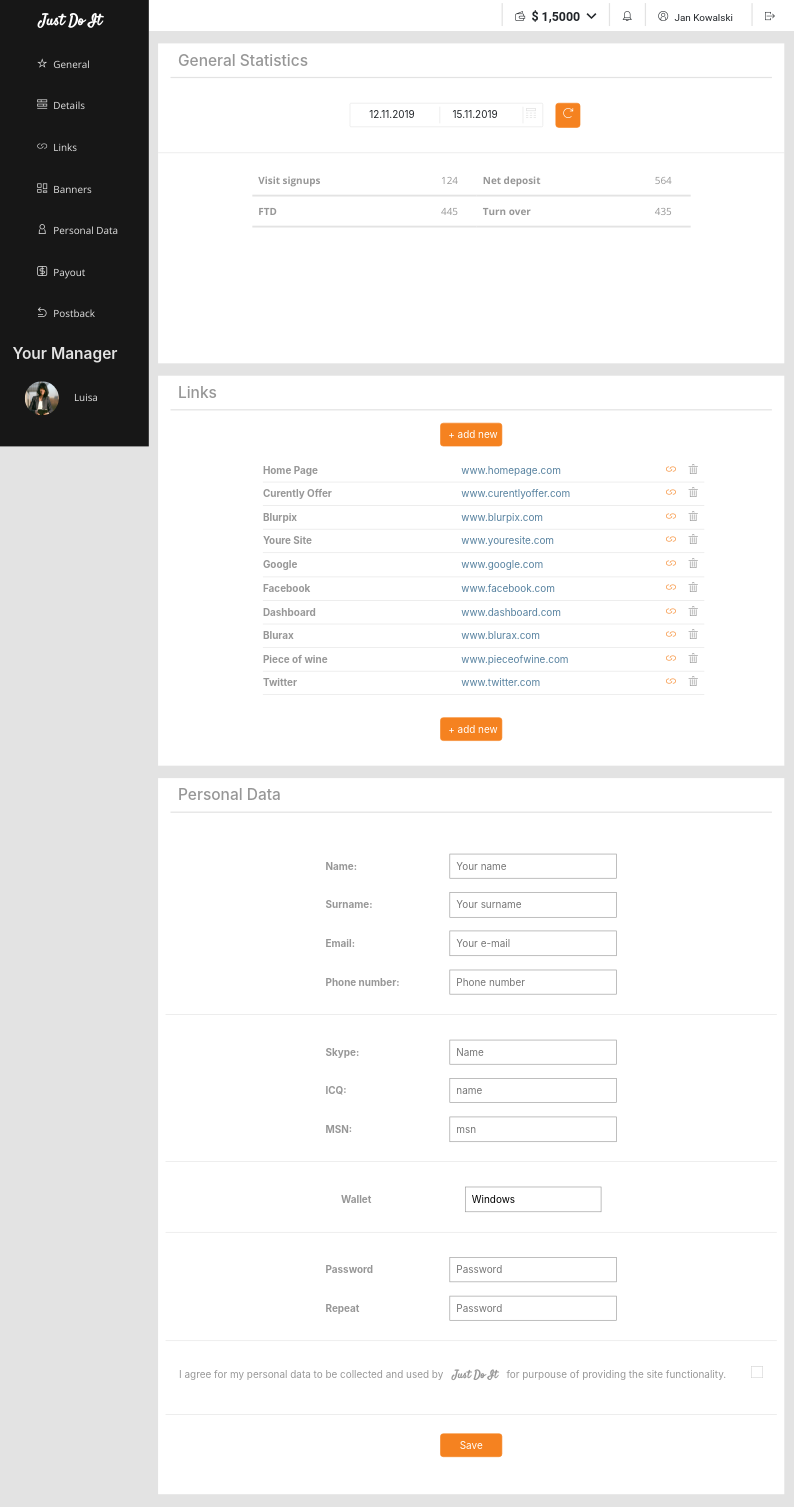
Repository: OllaWilk/wwwJustDoIt
Page: index.html
An editor plug-in stored every save of this project. The page is shown before and after the next save, followed by the edit.
The browser window is 1280 px wide. The pictures show the whole page, at 62% of full size.
Some web libraries are served in a nearby version. The style sheet was rebuilt from its Sass, Less or Tailwind sources for each picture, by a compiler version that may differ from the author's.

Above is the page before, as saved 2019-12-29 23:56:07.
Console error: SyntaxError: Identifier 'activePages' has already been declared

### index.html

<!DOCTYPE html>
<html lang=”en”>
    <head>
        <meta charset=”utf-8”>
        <meta name="viewport" content="width=device-width, initial-scale=1.0">
        <meta http-equiv="X-UA-Compatible" content="ie=edge">
        <meta name="description" content="Projekt indywidualny z kursu Kodilla">
        <meta name="keywords" content="kodilla, indiwidual, project">
        <title>Just Do It - soloProject</title>
            <link href="https://use.fontawesome.com/releases/v5.7.2/css/all.css" rel="stylesheet">
            <link href="https://fonts.googleapis.com/css?family=Open+Sans:400,400i,700|Satisfy&display=swap&subset=latin-ext" rel="stylesheet">
            <link rel="stylesheet" href="https://stackpath.bootstrapcdn.com/bootstrap/4.1.3/css/bootstrap.min.css" integrity="sha384-MCw98/SFnGE8fJT3GXwEOngsV7Zt27NXFoaoApmYm81iuXoPkFOJwJ8ERdknLPMO" crossorigin="anonymous">
            <link rel="stylesheet" href="css/style.css">
            <link rel="stylesheet" href="vendor/css/Glyphter.css">
        </head>

    <body><script id="__bs_script__">//<![CDATA[
    document.write("<script async src='/browser-sync/browser-sync-client.js?v=2.26.7'><\/script>".replace("HOST", location.hostname));
//]]></script>

        <nav class = "navigation">
            <div class  ="navigationTop">
                <h1 class = "logo">Just Do It</h1>
                <i id="hamburger" class="fas fa-bars"></i>
            </div>
            <div = class="navigationWraperMobile">
                <ul class="list titles">
                    <li><i id="general" class="icon-general"></i><a class="menuButon" href="#page-1">General</a></li>
                    <li><i id="details" class="icon-details"></i><a class="menuButon" href="index.html">Details </a></li>
                    <li><i id="links" class="icon-links"></i><a class="menuButon" href="#page-3">Links</a></li>
                    <li><i id="banners" class="icon-banners"></i><a class="menuButon" href="index.html">Banners</a></li>
                    <li><i id="personalData" class="icon-personaldata"></i><a class="menuButon" href="#page-5">Personal Data</a></li>
                    <li><i id="payout" class="icon-payout"></i><a class="menuButon" href="index.html">Payout</a></li>
                    <li><i id="postback" class="icon-postback"></i><a class="menuButon" href="index.html">Postback</a></li>
                </ul>
                <div class = "menagoImg">
                    <h2>Your Manager</h2>
                    <a class="menuButon" href = "index.html">
                        <img src="images/business-woman-746766_1920.jpg">
                    </img>Luisa</a>
                </div>
            </div>
        </nav>

        <header class= "topMenu">
            <div class = "topMenuWrapper">
                <div class= "iconsTopMenu">
                    <i id="wallet" class="icon-wallet"></i>
                    <h3>$ 1,5000</h3>
                    <i id="arrowDown" class="icon-arrow-down-small"></i>
                </div>
                <div class= "iconsTopMenu">
                    <i id="notification" class="icon-notification"></i>
                </div>
                <div class= "iconsTopMenu">
                    <i id="profile" class="icon-profile"></i>
                    <p>Jan Kowalski</p>
                </div>
                <div class= "iconsTopMenu">
                    <i id="start" class="icon-quit"></i>
                </div>
            </div>
        </header>

        <section class = "container">
            <div id = "page-1" class="page active generalStatistics">
                <h2  class="title">General Statistics</h2>
                <div class="dates">
                    <div class="datesConteiner">
                        <div class="dateStart">12.11.2019</div>
                        <div class="dateEnd">15.11.2019 </div>
                        <i id="calendar" class="icon-calendar"></i>
                    </div>
                    <a href="index.html" id="refresh" class="btnRefrsh btn icon-refresh"></a>
                </div>
                <div class="statistic">
                    <div class="legendWrap">
                        <table>
                            <tr>
                              <td class="visitSignups">
                                <h3>Visit signups</h3>
                                <p>124</p>
                              </td>
                              <td class="netDeposit">
                                <h3>Net deposit</h3>
                                <p>564</p>
                              </td>
                            </tr>
                            <tr>
                              <td class="FTD">
                                <h3>FTD</h3>
                                <p>445</p>
                              </td>
                              <td class="turnOver">
                                <h3>Turn over</h3>
                                <p>435</p>
                              </td>
                            </tr>
                        </table>
                    </div>
                    <canvas class="canvas" id="myChart"></canvas>
                </div>
            </div>

            <div id = "page-3" class="page active links">
                <h2  class="title">Links</h2>
                <div class="btnWraper">
                    <a href="index.html" id="refresh" class="btn btnAddNew">+ add new</a>
                </div>
                <div class = "linkWraper">
                    <ul>
                        <li>
                            <p>Home Page</p>
                            <a href="index.html">www.homepage.com</a>
                            <i id="start" class="colorLinks icon-links"></i>
                            <i id="start" class="icon-trash"></i>
                        </li>
                        <li>
                            <p>Curently Offer</p>
                            <a href="index.html">www.curentlyoffer.com</a>
                            <i id="start" class="colorLinks icon-links"></i>
                            <i id="start" class="icon-trash"></i>
                        </li>
                        <li>
                            <p>Blurpix</p>
                            <a href="index.html">www.blurpix.com</a>
                            <i id="start" class="colorLinks icon-links"></i>
                            <i id="start" class="icon-trash"></i>
                        </li>
                        <li>
                            <p>Youre Site</p>
                            <a href="index.html">www.youresite.com</a>
                            <i id="start" class="colorLinks icon-links"></i>
                            <i id="start" class="icon-trash"></i>
                        </li>
                        <li>
                            <p>Google</p>
                            <a href="www.google.com">www.google.com</a>
                            <i id="start" class="colorLinks icon-links"></i>
                            <i id="start" class="icon-trash"></i>
                        </li>
                        <li>
                            <p>Facebook</p>
                            <a href="www.facebook.com">www.facebook.com</a>
                            <i id="start" class="colorLinks icon-links"></i>
                            <i id="start" class="icon-trash"></i>
                        </li>
                        <li>
                            <p>Dashboard</p>
                            <a href="index.html">www.dashboard.com</a>
                            <i id="start" class="colorLinks icon-links"></i>
                            <i id="start" class="icon-trash"></i>
                        </li>
                        <li>
                            <p>Blurax</p>
                            <a href="index.html">www.blurax.com</a>
                            <i id="start" class="colorLinks icon-links"></i>
                            <i id="start" class="icon-trash"></i>
                        </li>
                        <li>
                            <p>Piece of wine</p>
                            <a href="index.html">www.pieceofwine.com</a>
                            <i id="start" class="colorLinks icon-links"></i>
                            <i id="start" class="icon-trash"></i>
                        </li>
                        <li>
                            <p>Twitter</p>
                            <a href="www.twitter.com">www.twitter.com</a>
                            <i id="start" class="colorLinks icon-links"></i>
                            <i id="start" class="icon-trash"></i>
                        </li>
                    </ul>

                </div>
                <div class="btnWraper">
                    <a href="index.html" id="refresh" class="btn btnAddNew">+ add new</a>
                </div>
            </div>

            <div id = "page-5" class="page active personalDataTable">
                <h2  class="title">Personal Data</h2>
                <div class = "userData">
                    <form novalidate method="post" enctype="multipart/form-data" action="js/db.js" autocomplete="on">
                        <fieldset>
                            <div label = "userBasicData" class="field-wrap">
                                <div class="styledField">
                                    <label>Name:
                                        <span class="error"></span>
                                    </label>
                                    <input type="text" name="name" placeholder="Your name" minlength="2" title="Name" required = "">
                                </div>
                                <div class="styledField">
                                    <label>Surname:
                                        <span class="error"></span>
                                    </label>
                                    <input type="text" name="surname" placeholder="Your surname" minlength="2" maxlength="64" title="Surname" required = "">
                                </div>
                                <div class="styledField">
                                    <label>Email:
                                        <span class="error"></span>
                                    </label>
                                    <input type="email" name="email" placeholder="Your e-mail" minlength="2" maxlength="64" autocomplete="off" title="Email" required = "">
                                </div>
                                <div class="styledField">
                                    <label>Phone number:
                                            <span class="error"></span>
                                    </label>
                                    <input type="text" name="phoneNumber" placeholder="Phone number" minlength="6" maxlength="40" title="phone number" required = "">
                                </div>
                            </div>
                            <div label = "userBasicData" class="field-wrap">
                                <div class="styledField">
                                    <label>Skype:</label>
                                    <input type="text" name="Skype" placeholder="Name" minlength="2" maxlength="32" title="Name" required = "">
                                </div>
                                <div class="styledField">
                                    <label>ICQ:</label>
                                    <input type="text" name="ICQ" placeholder="name" minlength="2" maxlength="40" title="Name" required = "">
                                </div>
                                <div class="styledField">
                                    <label>MSN:</label>
                                    <input type="text" name="MSN" placeholder="msn" title="MSN" required = "">
                                </div>
                            </div>

                            <div class="field-wrap">
                                <div class="styledField">
                                    <label>Wallet</label>
                                    <select name="Wallet" id="wallet">
                                        <option value="Windows">Windows</option>
                                        <option value="Linux">Linux</option>
                                        <option value="Apple">Apple</option>
                                    </select>
                                </div>
                            </div>

                            <div class="field-wrap">
                                <div class="styledField">
                                    <label>Password
                                        <span class="error"></span>
                                    </label>
                                    <input type="password" name="password" placeholder="Password" minlength="6" maxlength="40" autocomplete="off" title="Password" required="">
                                </div>
                                <div class="styledField">
                                    <label>Repeat
                                        <span class="error"></span>
                                    </label>
                                    <input  type="password" name="repeatPassword" placeholder="Password" minlength="6" maxlength="40" autocomplete="off"  title="Password" required="">
                                </div>
                            </div>
                            <div class="field-wrap">
                                <label class="styledField agreement">
                                    <p class="icon">I agree for my personal data to be collected and used by
                                    <span class = "logo agreementLogo">Just Do It</span> for purpouse of providing the site functionality.</p>
                                    <input id = "checkbox" type="checkbox" name="checkbox" class="checkbox" title="agreement" required="">
                                    </p>
                                </label>
                            </div>
                            <div class="btnWrap">
                                <input type="submit" class = "btn btnSave" value="Save">
                            </div>
                        </fieldset>
                    </form>
                </div>
            </div>
        </section>

        <!--<section class = "modale">
                <div class="overlay" id="overlay">


                    <div class="overlay" id="overlay">
                        <div class="modal" id="myModal">
                            <div class="btn-close js--close-modal">x</div>
                            <div class = "generalStatistics">
                                <h2  class="title">General Statistics</h2>
                                <div class="dates">
                                    <div class="datesConteiner">
                                        <div class="dateStart">12.11.2019</div>
                                        <div class="dateEnd">15.11.2019 </div>
                                        <i id="calendar" class="icon-calendar"></i>
                                    </div>
                                    <a href="index.html" id="refresh" class="btnRefrsh btn icon-refresh"></a>
                                </div>
                            <button class="js--close-modal">Okay</button>
                        </div>
                    </div>


                </div>
        </section>-->


        <script src="https://cdnjs.cloudflare.com/ajax/libs/Chart.js/2.4.0/Chart.min.js"></script>
        <script src="js/script.js"></script>
    </body>
</html>

### sass/style.scss
/*importy styli*/
@import "variables";
@import "mixins";

@import "normalize";
@import "layout";

@import "sections/leftNavigtation";
@import "sections/topUserMenu";
//@import "sections/modals";

@import "pages/mainPage";
@import "pages/links";
@import "pages/personalDataForm";
@import "components/mediaQuery";

### sass/_variables.scss
/*stałe graficzne*/
/*colors*/
$color-dark: #171717;
$color-light: #ffffff;
$color-buttonGreyDark: #979797;
$color-buttonGreyLight: #bbbbbb;
$color-buttonDisable: #e4e4e4;
$color-background: #E3E3E3;
$color-buttonOrangeDark: #F58220;
$color-buttonOrangeLight: #FFA200;
$color-onlineButton: #04AE00;
$color-notificationClicked: #74B67A;
$color-notificationUnclicked: #96CC9B;
$color-buttonNegativeClicked: #DE5252;
$color-buttonNegativeUnclicked: #EC7171;
$color-links: #56819F;
$color-strongRed: #FF0000;

/*font sizes*/

$paragraph-font-size: 16px;

/*fonts*/
$logo: 'Satisfy', cursive;
$brand-font: "Open Sans", Helvetica, Arial;
$default-font: 'Roboto', sans-serif;

### sass/_mixins.scss
/*buttons*/
.btn {
  display: inline-block;
  border-radius: 5px;
  font-size: 16px;
  text-align: center;
  text-decoration: none;
  cursor: pointer;
  border: 1px solid $color-buttonOrangeDark;
  background-color: $color-buttonOrangeDark;
  color: $color-light;
  width: 100px;
  &:hover {
    background-color: $color-light;
    color: $color-buttonGreyDark;
    border: 1px solid $color-buttonGreyDark;
  }
}


.btnRefrsh {
  width: 40px;
  height: 40px;
  margin: 20px;
}

.btnSave {
  margin: 30px 0;
}

@mixin flex-center {
  display: flex;
  justify-content: center;
}

/*links*/

### sass/_layout.scss
/*Global*/
html {
    box-sizing: border-box;
}

*, *::before, *::after {
    box-sizing: border-box;
}

body {
    margin: 0;
    background-color: $color-background;
    font-size: 16px;
    line-height: 1.7;
    display: flex;
}

.container {
    width:100%;
    max-width: calc(100% - 240px);
    margin: 0 auto;
    padding-left: 15px;
    padding-right: 15px;
    top: 70px;
    left: 240px;
    position: absolute;
    z-index: -1;
}

.page {
    display: none;
    &.active {
      display: block;
    }
  }

### sass/sections/_leftNavigtation.scss
.navigation {
    width: 240px;
    height: 100vh;
    position: fixed;
    background-color: $color-dark;
    color: $color-light;
    padding: 10px;

}

.list {
    list-style-type: none;
    font-size: 16px;
        list-style-type: none;
        color: $color-background;
        li {
            margin: 20px 0px;
            padding:10px;
            &:hover {
                border-left: 4px solid $color-buttonOrangeDark;
            }
        }
    .active {
      font-weight: bold;
    }
}

.navigationTop {
    display: flex;
    align-items: baseline;
    i {
        opacity: 0;
        cursor: none;
    }
}

.logo {
    font-family: $logo;
    font-size: 25px;
    font-weight: 600;
    margin: 10px auto;
}

.menuButon {
    color: $color-background;
    font-family: $brand-font;
    font-size: 16px;
    margin: 0 10px;
    text-decoration: none;
    &:hover {
        color: $color-background;
        text-decoration: none;
    }
}

.menagoImg {
    h2 {
        font-size: 25px;
        font-weight: 600;
        color: $color-background;
        margin: 25px 0 10px 10px;
    }
    a {
        img {
            border-radius: 50%;
            height: 55px;
            width: 55px;
            margin: 20px;
        }
    }
}

### sass/sections/_topUserMenu.scss
.topMenu {
    background-color: $color-light;
    width: calc(100% - 240px);
    height: 50px;
    margin-left: 240px;
    position: fixed;
}

.topMenuWrapper {
    display: flex;
    float: right;
    width: auto;
    margin: 5px 10px;
}

.iconsTopMenu {
    display: flex;
    align-items: baseline;
    border-left: 2px solid $color-background;
    padding: 10px 20px 0 20px;
    i {
        display:inline-block;
    }
    h3 {
        font-size: 20px;
        margin: 0 10px;
        font-weight: bold;
        font-family: $default-font;
    }
    p{
        font-size: 16px;
        margin: 0 10px;
        font-family: $default-font;
    }
}

/*UWAGI
inny krótszy zapisz gdzie p z 52 linijki html jest zamienione na h3: nie działa :first-child a działa :last-child

.iconsTopMenu {
    display: flex;
    align-items: baseline;
    border-left: 2px solid $color-background;
    padding: 10px 20px 0 20px;
    i {
        display:inline-block;
    }
    h3 {
        font-size: 16px;
        margin: 0 10px;
        font-weight: bold;
        :first-child{
            font-weight: bold;
        }
    }
}

*/

### sass/pages/_mainPage.scss
.generalStatistics {
    background-color: $color-light;
    margin-bottom: 20px;
}


.title {
    color: $color-buttonGreyDark;
    font-weight: 550;
    font-size: 25px;
    border-bottom: 2px solid $color-background;
    padding: 12px;
    margin: 0 20px;

}

.dates {
    display: flex;
    justify-content: center;
    padding: 20px 30px;
    align-items: baseline;
    border-bottom: 1px solid $color-background;
}

.datesConteiner {
    padding: 5px 10px;
    border: 1px solid $color-background;
    border-radius: 2px;
    display: flex;
    align-items: baseline;
    div {
        border-right: 1px solid $color-background;
        padding-left: 20px;
        padding-right: 40px;
        font-size: 16px;
    }
    i {
        color: $color-background;
        padding-left: 5px;
    }
}

.legendWrap {
    table {
      margin: 20px auto;
      width: 70%;
      border-spacing: 25px; //dlaczego nie działasz?
      tr {
        td {
          position: relative;
          padding: 10px;
          border-bottom: 3px solid $color-background;
          width: auto;
          h3, p {
            display: inline;
            font-family: $brand-font;
            font-size: 16px;
            font-weight: bold;
            color: $color-buttonGreyDark;
            padding-right:  30px;
          }
          p {
            position: absolute;
            right: 0;
            font-weight: 500;
          }
        }
      }
    }
  }

.canvas {
    padding:20px  20px 20px 0;
}

### sass/pages/_links.scss

//Linki
.links {
    margin-top: 20px 0;
    padding-bottom: 20px;
    background-color: $color-light;
}

.btnWraper {
    display: flex;
    justify-content: center;
}

.btnAddNew {
    margin: 20px;

}

.linkWraper {
    font-size: 16px;
    color: $color-buttonGreyDark;
    display: flex;
    justify-content: center;
    ul {
        li {
            display: flex;
            align-items: baseline;
            border-bottom: 1px solid $color-background;
            &:hover {
                background-color: $color-background;
            }
            p {
                font-weight: bold;
                margin: 5px 0;
                width: 320px;
            }
        }
    }
    a {
        color: $color-links;
        text-decoration: none;
        width: 320px;
    }
    i {
        margin: 0 10px;
    }
}

.colorLinks {
    color: $color-buttonOrangeDark;
    margin-left: 320px;
}

### sass/pages/_personalDataForm.scss
.personalDataTable {
    background-color: $color-light;
    margin: 20px 0;
}

.userData {
    display: flex;
    form {
        margin: 20px auto;
        width: 100%;
    }
}

.field-wrap {
    color: $color-buttonGreyDark;
    font-size: 16px;
    padding: 20px 0;
    border-bottom: 1px solid $color-background;
    &:after{
        content: "";
        display: table;
        clear: both;
    }
}

.styledField {
    display: flex;
    justify-content: center;
    justify-items: center;
    margin: 20px 0 10px 0;
    align-items: baseline;
    background: none;

    label, {
        font-weight: bold;
        width: 200px;

    }

    input, textarea, select {
        padding: 10px;
        border: 1px solid $color-buttonGreyDark;
        &:focus {
            border-color: $color-buttonOrangeDark;
        }
    }
    select {
        -webkit-appearance: none;
        -moz-appearance: none;
        appearance: none;
        background-color: $color-light;
        width: 220px;
        background-size: 15px auto;
        option {
            color: $color-buttonGreyDark;
        }
    }
}

.checkbox {
    margin-left: 40px;
    width: 20px;
    height: 20px;
    opacity: 0.5;
}

.agreementLogo {
    margin: 0 10px;
    font-size: 18px;
}

.btnWrap {
    display: flex;
    justify-content: center;
}

.error
 {
    color: $color-buttonOrangeDark;
    display: flex;
}

Loaded but not shown: vendor/css/Glyphter.css (common file); sass/_normalize.scss (common file); js/script.js (129 lines, source omitted); sass/components/_mediaQuery.scss (141 lines, source omitted)

After the next save:
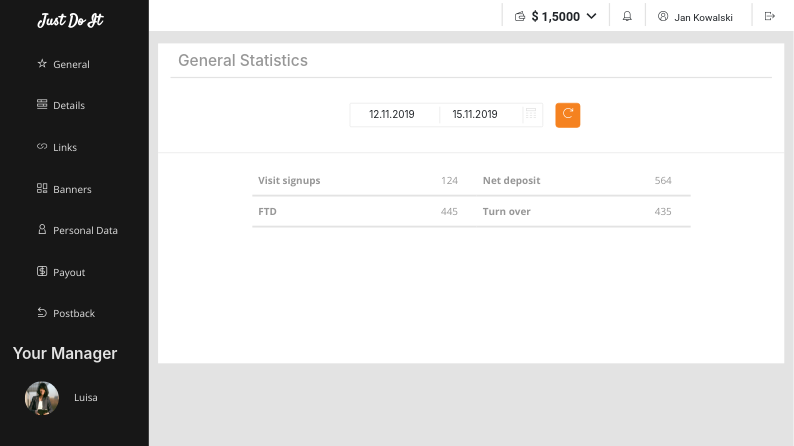
Saved 2 min 49 s later.
--- a/index.html
+++ b/index.html
@@ -103,7 +103,7 @@
                 </div>
             </div>
 
-            <div id = "page-3" class="page active links">
+            <div id = "page-3" class="page links">
                 <h2  class="title">Links</h2>
                 <div class="btnWraper">
                     <a href="index.html" id="refresh" class="btn btnAddNew">+ add new</a>
@@ -178,7 +178,7 @@
                 </div>
             </div>
 
-            <div id = "page-5" class="page active personalDataTable">
+            <div id = "page-5" class="page personalDataTable">
                 <h2  class="title">Personal Data</h2>
                 <div class = "userData">
                     <form novalidate method="post" enctype="multipart/form-data" action="js/db.js" autocomplete="on">
